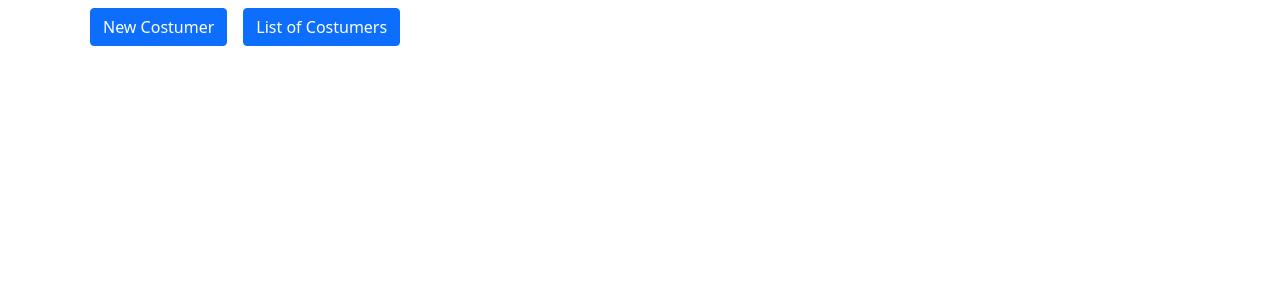
Repository: Sanjayjangra88/combo_app
Page: /
These files come from the project's save history. The page is drawn as it stood at one moment and after the next save; the edit follows.
The browser window is 1280 px wide. The pictures show the whole page.
Some web libraries are served in a nearby version. The project was rebuilt for these pictures with package versions that can differ from the ones it lists, and the page was loaded fresh each time. Also part of the build but not shown: src/App.js.

Above is the page before, as saved 2022-06-03 16:37:35.

After the next save:
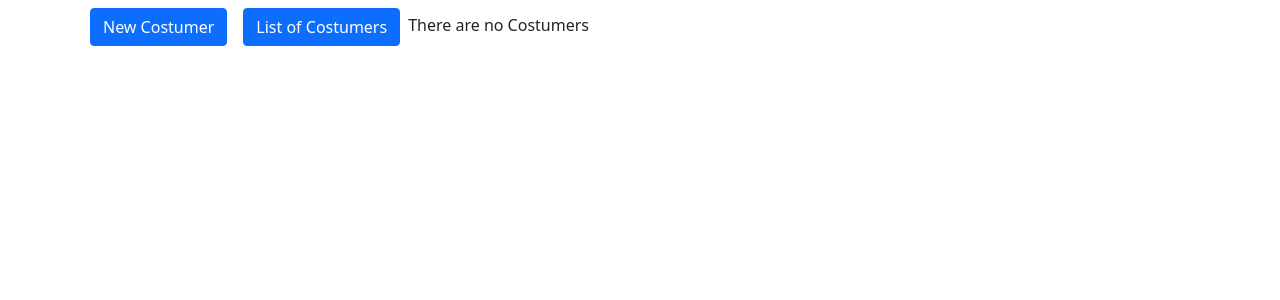
Saved 2 min 49 s later.
--- a/src/Components/dropDown6.jsx
+++ b/src/Components/dropDown6.jsx
@@ -5,10 +5,12 @@ export class dropDown extends Component {
     costumers:[]
   }
   render() {
+    const{costumers}=this.state;
     return (
       <div className='container'>
         <button className='btn btn-primary m-2'>New Costumer</button>
         <button className='btn btn-primary m-2'>List of Costumers</button>
+        {costumers.length<=0?"There are no Costumers":costumers.map((ele)=><ul><li>{ele}</li></ul>)}
 
       </div>
     )
